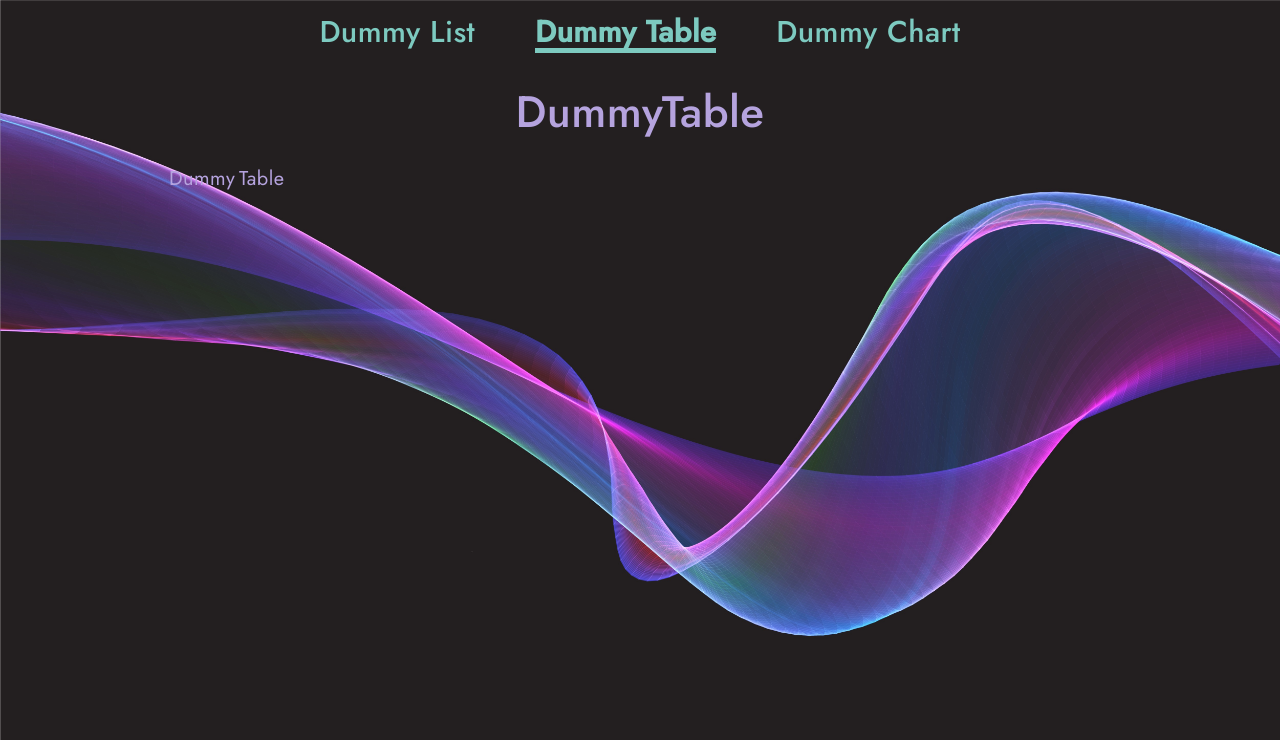
Repository: Vadim-27/backendless
Page: /tabs/dummyTable
These files come from the project's save history. The page is drawn as it stood at one moment and after the next save; the edit follows.
The browser window is 1280 px wide. The pictures show the whole page.
Backgrounds fixed to the window are drawn as part of the page. The project was rebuilt for these pictures with package versions that can differ from the ones it lists, and the page was loaded fresh each time.

Above is the page before, as saved 2023-10-28 17:21:59.

After the next save:
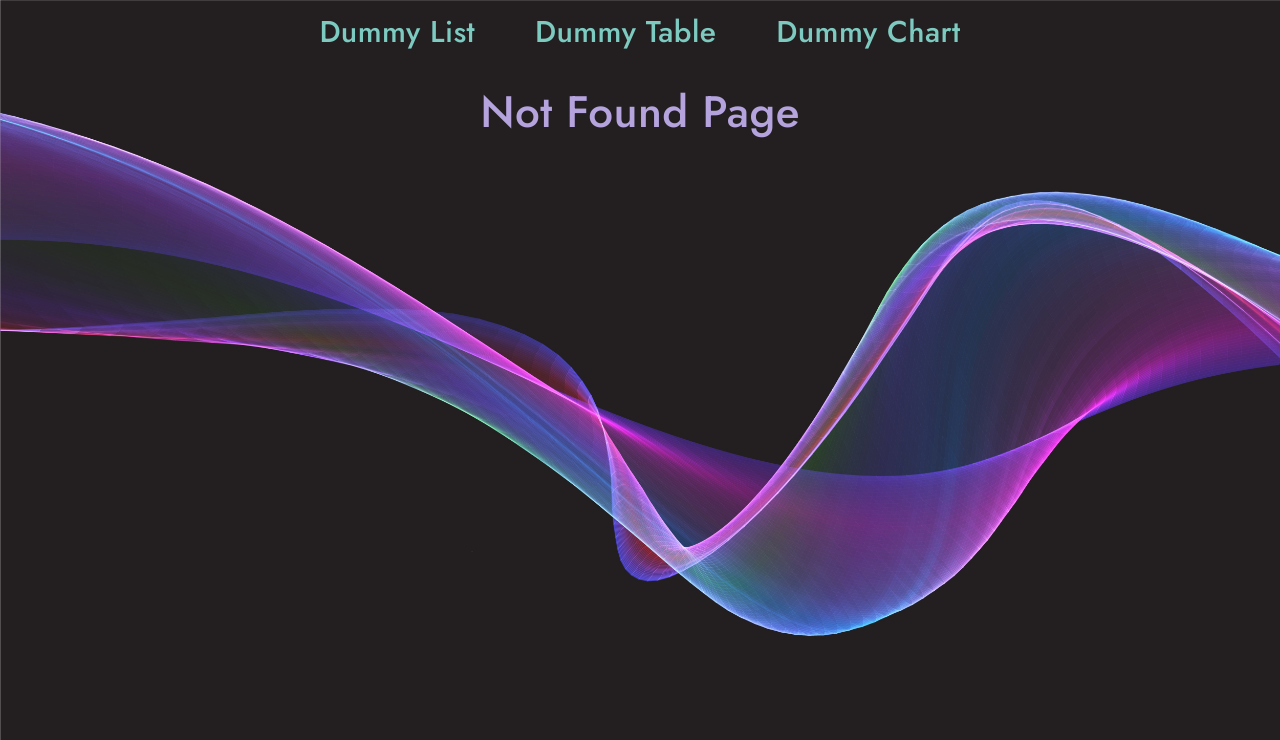
Saved 14 s later.
--- a/src/index.js
+++ b/src/index.js
@@ -6,8 +6,8 @@ import './index.scss';
 
 ReactDOM.createRoot(document.getElementById('root')).render(
   <React.StrictMode>
-    <BrowserRouter basename='/'>
-    <App />
+    <BrowserRouter basename="/tabs/dummyTable">
+      <App />
     </BrowserRouter>
   </React.StrictMode>
-)
+);
